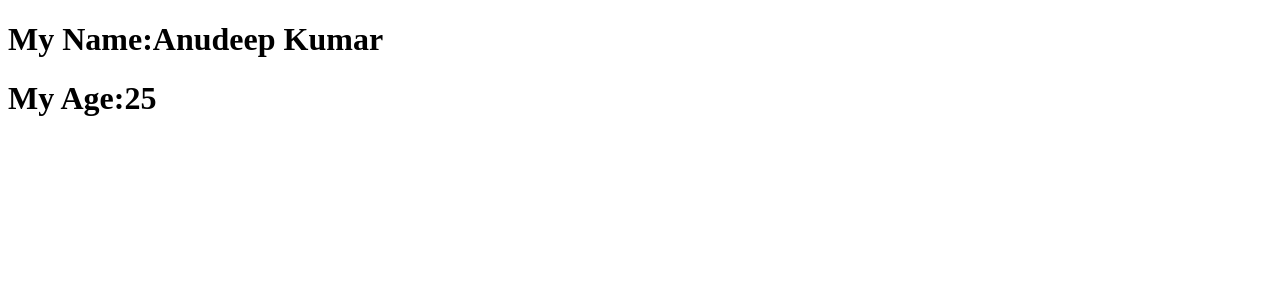
Repository: AnudeepKumarDonthu/ws
Page: work/src/main/webapp/WEB-INF/html/jsonpractice.html
These files come from the project's save history. The page is drawn as it stood at one moment and after the next save; the edit follows.
The browser window is 1280 px wide. The pictures show the whole page.

Above is the page before, as saved 2017-01-02 07:16:54.

After the next save:
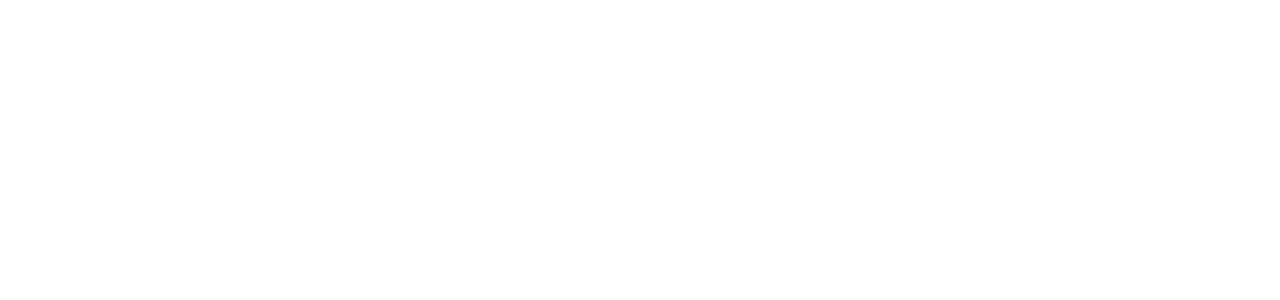
Console error: SyntaxError: Unexpected token ':'
Saved 21 s later.
--- a/work/src/main/webapp/WEB-INF/html/jsonpractice.html
+++ b/work/src/main/webapp/WEB-INF/html/jsonpractice.html
@@ -12,6 +12,17 @@
 		};
 		document.write("<h1>My Name:" + jsonobject.myname + "</h1>")
 		document.write("<h1>My Age:" + jsonobject.myage + "</h1>")
+		var personArray={"uma":[
+			{"umafullname":"Akurathi Uma Maheshwari","umaage":24},
+			{"umafullname":"Akurathi Uma ","umaage":23}]
+		}
+		{"anudeep":[
+				{"andeepfullname":"Donthu Anudeep Kumar","anuage":25},
+				{"andeepfullname":"Anudeep Kumar","anuage":25}]
+		}
+		var i = 0
+		document.writeln("Array Test");
+        document.write(personArray.uma.length);
 	</script>
 </body>
 </html>

After the save that followed:
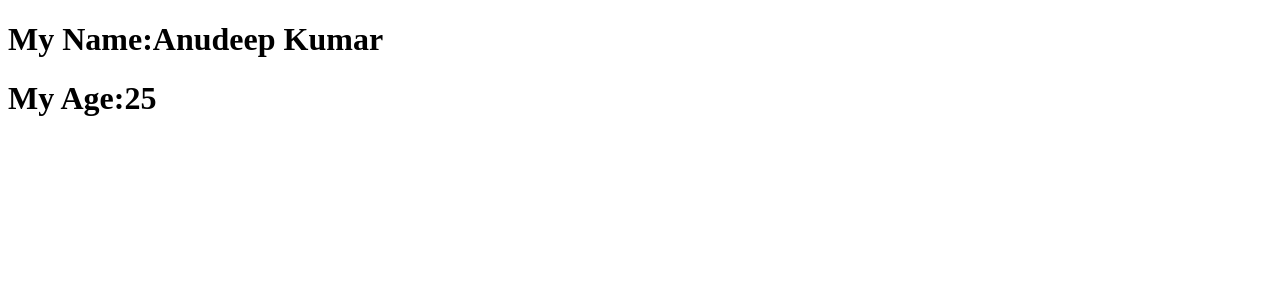
The error is gone.
Saved 14 s later.
--- a/work/src/main/webapp/WEB-INF/html/jsonpractice.html
+++ b/work/src/main/webapp/WEB-INF/html/jsonpractice.html
@@ -12,17 +12,7 @@
 		};
 		document.write("<h1>My Name:" + jsonobject.myname + "</h1>")
 		document.write("<h1>My Age:" + jsonobject.myage + "</h1>")
-		var personArray={"uma":[
-			{"umafullname":"Akurathi Uma Maheshwari","umaage":24},
-			{"umafullname":"Akurathi Uma ","umaage":23}]
-		}
-		{"anudeep":[
-				{"andeepfullname":"Donthu Anudeep Kumar","anuage":25},
-				{"andeepfullname":"Anudeep Kumar","anuage":25}]
-		}
-		var i = 0
-		document.writeln("Array Test");
-        document.write(personArray.uma.length);
+
 	</script>
 </body>
 </html>
